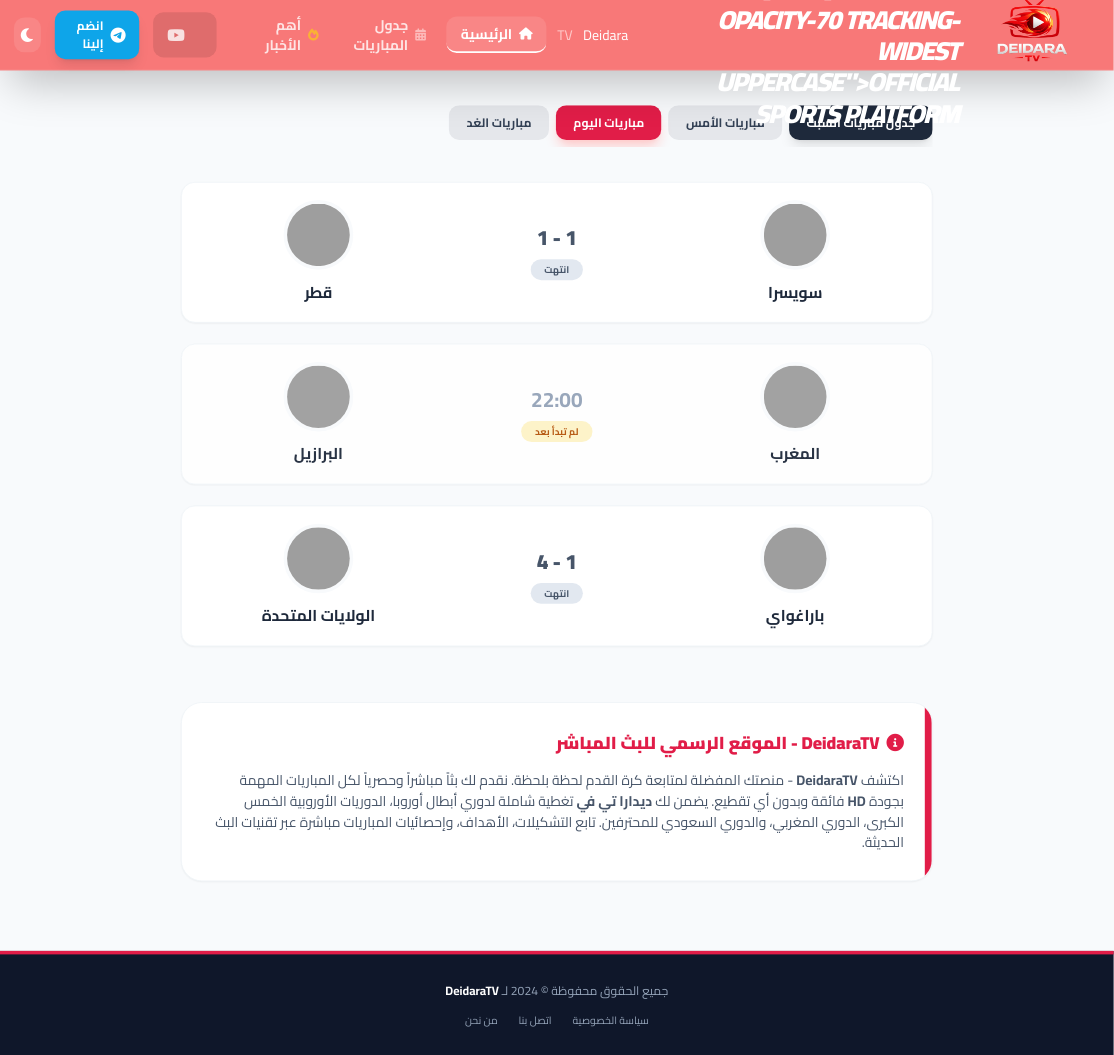
Repository: zakariax05/deidaraTV
Page: index.html
An editor plug-in stored every save of this project. The page is shown before and after the next save, followed by the edit.
The browser window is 1280 px wide. The pictures show the whole page, at 87% of full size.
Pictures or frames that could not be fetched are drawn as grey boxes. Some web libraries are served in a nearby version.

Above is the page before, as saved 2026-06-14 02:26:56.

After the next save:
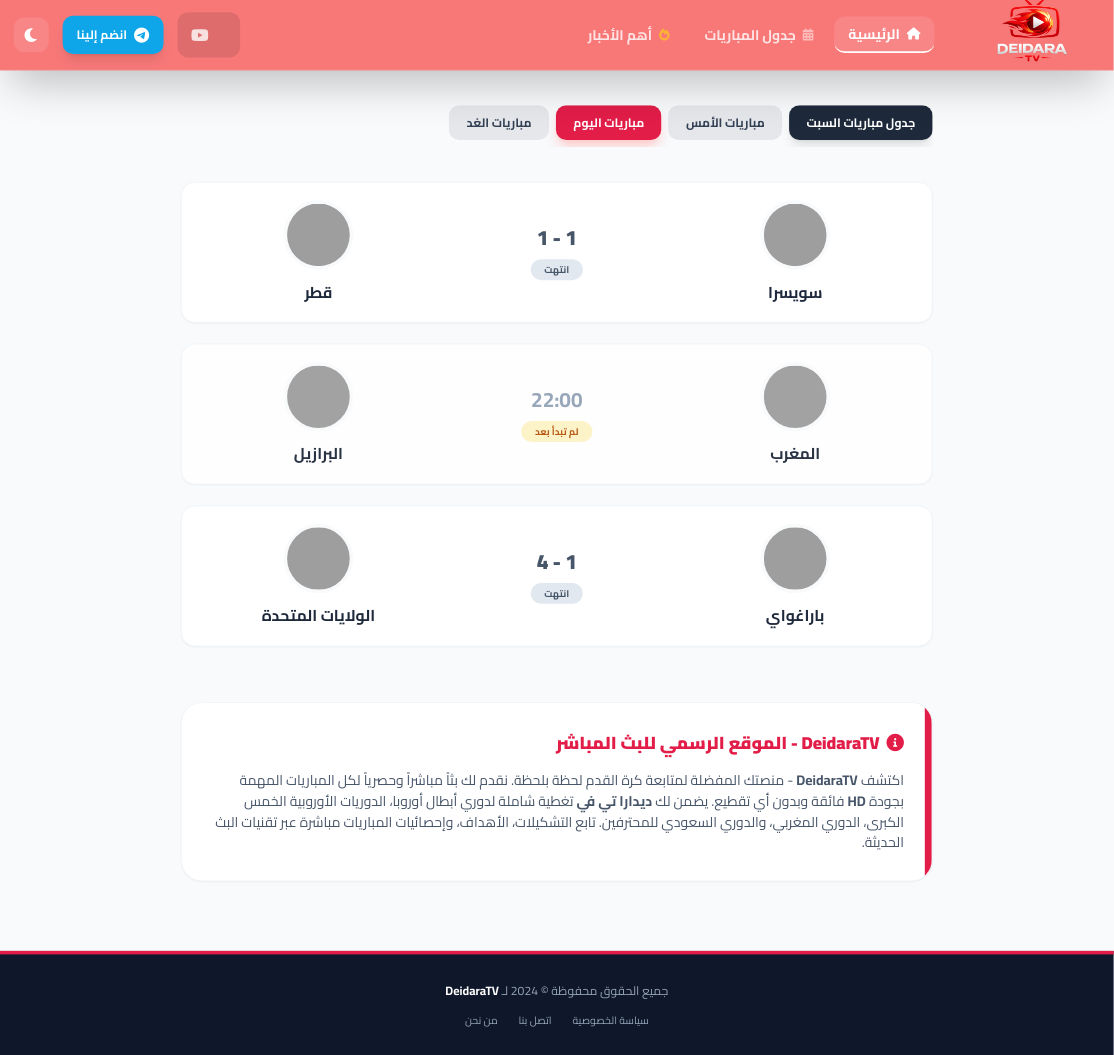
Saved 14 s later.
--- a/index.html
+++ b/index.html
@@ -54,68 +54,62 @@
             class="flex items-center gap-3 cursor-pointer group select-none transition-transform active:scale-95">
             <img src="imgs/logo-deidaratv.png" alt="DeidaraTV Logo Badge"
               class="h-16 md:h-[150px] w-auto object-contain transition-all hover:scale-105">
-            <div class="flex flex-col">
-              <h1 class="text-xl md:text-3xl font-black italic tracking-tighter uppercase leading-none">
-                an class="text-[9px] md:text-[11px] font-bold opacity-70 tracking-widest uppercase">Official
-                Sports Platform</span>
-            </div> Deidara<span class="text-red-200">TV</span>
-            </h1>
-            <sp </div>
-
-              <!-- الروابط الأساسية (تظهر في الشاشات الكبيرة) -->
-              <nav class="hidden lg:flex items-center gap-2">
-                <a href="#"
-                  class="flex items-center gap-2 px-4 py-2 rounded-xl bg-white/10 hover:bg-white/20 transition-all font-bold border-b-2 border-white">
-                  <i class="fas fa-home text-sm"></i> الرئيسية
-                </a>
-                <a href="#"
-                  class="flex items-center gap-2 px-4 py-2 rounded-xl hover:bg-white/10 transition-all font-bold opacity-80 hover:opacity-100">
-                  <i class="fas fa-calendar-alt text-sm text-red-200"></i> جدول المباريات
-                </a>
-                <a href="#"
-                  class="flex items-center gap-2 px-4 py-2 rounded-xl hover:bg-white/10 transition-all font-bold opacity-80 hover:opacity-100">
-                  <i class="fas fa-fire text-sm text-amber-400"></i> أهم الأخبار
-                </a>
-              </nav>
+
           </div>
 
-          <!-- القسم الأيسر: أيقونات التواصل والأدوات -->
-          <div class="flex items-center gap-2 md:gap-4">
-
-            <!-- أيقونات التواصل الاجتماعي بتنسيق أرقى -->
-            <div class="hidden sm:flex items-center bg-black/10 rounded-xl px-2 py-1 gap-1">
-              <a href="#" class="p-2 hover:bg-white/10 rounded-lg transition-colors text-white/80 hover:text-white"
-                title="Twitter">
-                <i class="fab fa-x-twitter text-lg"></i>
-              </a>
-              <a href="#" class="p-2 hover:bg-white/10 rounded-lg transition-colors text-white/80 hover:text-white"
-                title="YouTube">
-                <i class="fab fa-youtube text-lg"></i>
-              </a>
-            </div>
-
-            <!-- زر تليجرام (مميز بلونه الخاص) -->
+          <!-- الروابط الأساسية (تظهر في الشاشات الكبيرة) -->
+          <nav class="hidden lg:flex items-center gap-2">
             <a href="#"
-              class="bg-sky-500 hover:bg-sky-400 text-white p-2 md:px-4 md:py-2 rounded-xl transition-all shadow-lg flex items-center gap-2 font-bold text-sm">
-              <i class="fab fa-telegram-plane text-lg"></i>
-              <span class="hidden md:inline">انضم إلينا</span>
-            </a>
-
-            <!-- زر الوضع الليلي -->
-            <button
-              class="w-10 h-10 flex items-center justify-center rounded-xl bg-white/10 hover:bg-white/20 transition-colors">
-              <i class="fas fa-moon text-lg"></i>
-            </button>
-
-            <!-- زر الموبايل -->
-            <button
-              class="lg:hidden w-10 h-10 flex items-center justify-center rounded-xl bg-white/10 hover:bg-white/20">
-              <i class="fas fa-bars text-xl"></i>
-            </button>
+              class="flex items-center gap-2 px-4 py-2 rounded-xl bg-white/10 hover:bg-white/20 transition-all font-bold border-b-2 border-white">
+              <i class="fas fa-home text-sm"></i> الرئيسية
+            </a>
+            <a href="#"
+              class="flex items-center gap-2 px-4 py-2 rounded-xl hover:bg-white/10 transition-all font-bold opacity-80 hover:opacity-100">
+              <i class="fas fa-calendar-alt text-sm text-red-200"></i> جدول المباريات
+            </a>
+            <a href="#"
+              class="flex items-center gap-2 px-4 py-2 rounded-xl hover:bg-white/10 transition-all font-bold opacity-80 hover:opacity-100">
+              <i class="fas fa-fire text-sm text-amber-400"></i> أهم الأخبار
+            </a>
+          </nav>
+        </div>
+
+        <!-- القسم الأيسر: أيقونات التواصل والأدوات -->
+        <div class="flex items-center gap-2 md:gap-4">
+
+          <!-- أيقونات التواصل الاجتماعي بتنسيق أرقى -->
+          <div class="hidden sm:flex items-center bg-black/10 rounded-xl px-2 py-1 gap-1">
+            <a href="#" class="p-2 hover:bg-white/10 rounded-lg transition-colors text-white/80 hover:text-white"
+              title="Twitter">
+              <i class="fab fa-x-twitter text-lg"></i>
+            </a>
+            <a href="#" class="p-2 hover:bg-white/10 rounded-lg transition-colors text-white/80 hover:text-white"
+              title="YouTube">
+              <i class="fab fa-youtube text-lg"></i>
+            </a>
           </div>
 
-        </div>
-      </div>
+          <!-- زر تليجرام (مميز بلونه الخاص) -->
+          <a href="#"
+            class="bg-sky-500 hover:bg-sky-400 text-white p-2 md:px-4 md:py-2 rounded-xl transition-all shadow-lg flex items-center gap-2 font-bold text-sm">
+            <i class="fab fa-telegram-plane text-lg"></i>
+            <span class="hidden md:inline">انضم إلينا</span>
+          </a>
+
+          <!-- زر الوضع الليلي -->
+          <button
+            class="w-10 h-10 flex items-center justify-center rounded-xl bg-white/10 hover:bg-white/20 transition-colors">
+            <i class="fas fa-moon text-lg"></i>
+          </button>
+
+          <!-- زر الموبايل -->
+          <button class="lg:hidden w-10 h-10 flex items-center justify-center rounded-xl bg-white/10 hover:bg-white/20">
+            <i class="fas fa-bars text-xl"></i>
+          </button>
+        </div>
+
+      </div>
+    </div>
   </header>
 
   <!-- Content / المحتوى الرئيسي -->
